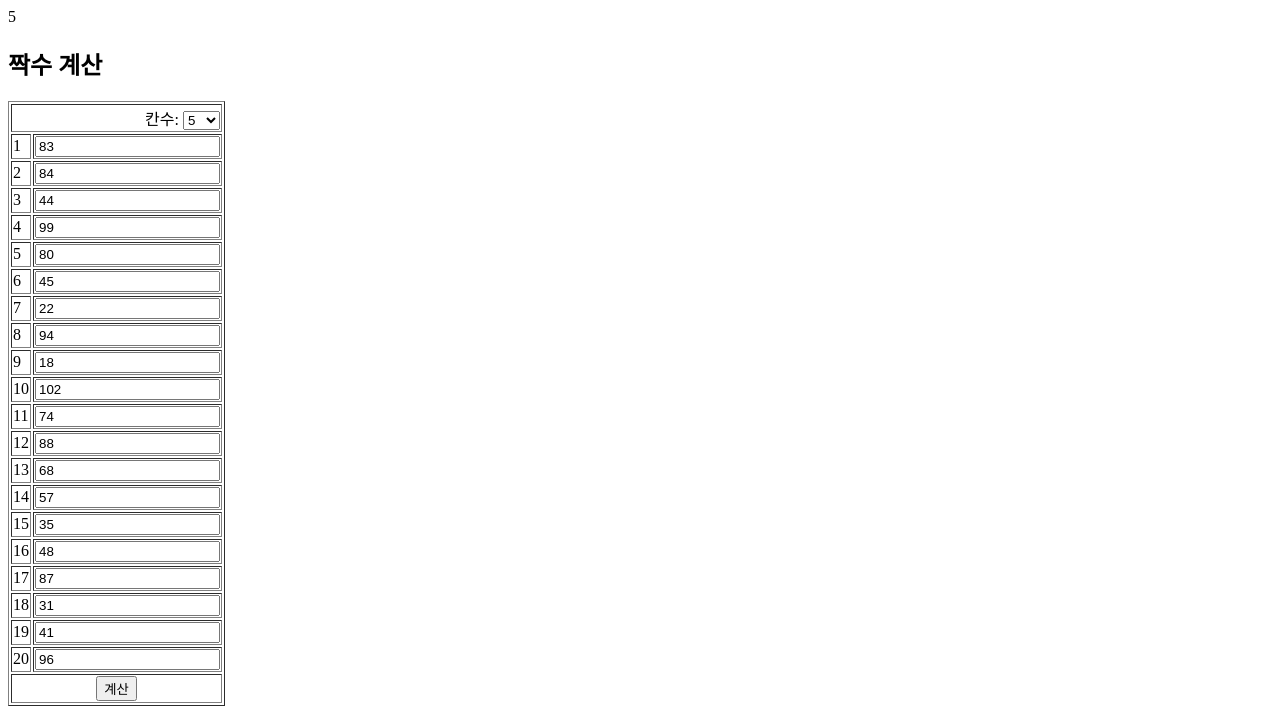
Repository: pshho/newJspProject
Page: http://localhost/JspProj/calc/calc.jsp
These files come from the project's save history. The page is drawn as it stood at one moment and after the next save; the edit follows.
The browser window is 1280 px wide. The pictures show the whole page.
The page is served by Tomcat 9.

Above is the page before, as saved 2023-07-27 07:45:42.

After the next save:
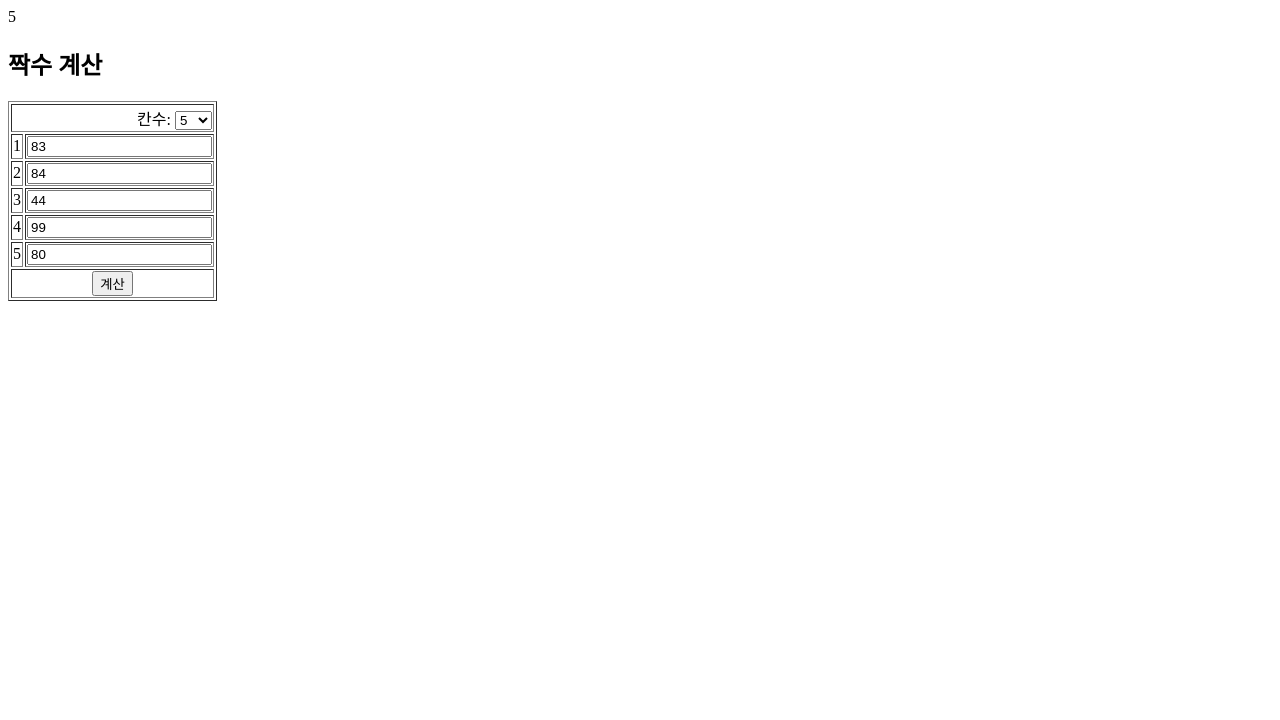
Saved 51 s later.
--- a/JspProj/src/main/webapp/calc/calc.jsp
+++ b/JspProj/src/main/webapp/calc/calc.jsp
@@ -49,7 +49,7 @@
 				</td>
 			</tr>
 			<%
-				for(int i=0; i<20; i++){
+				for(int i=0; i<cnt; i++){
 			%>
 			<tr>
 				<td><%= i+1 %></td>
